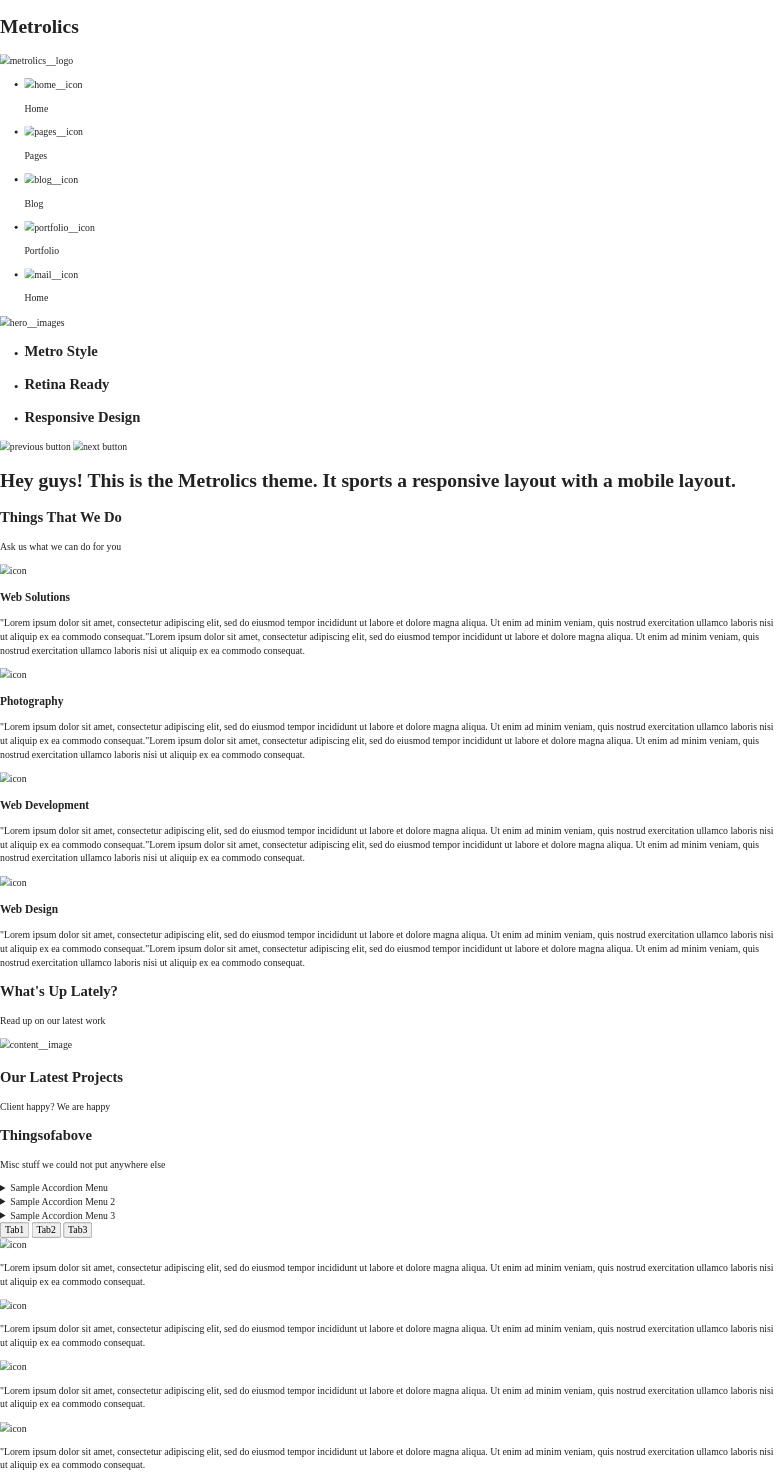
Repository: eilidhma/metrolics
Page: index.html
An editor plug-in stored every save of this project. The page is shown before and after the next save, followed by the edit.
The browser window is 1280 px wide. The pictures show the whole page, at 61% of full size.

Above is the page before, as saved 2021-01-27 00:07:05.

After the next save:
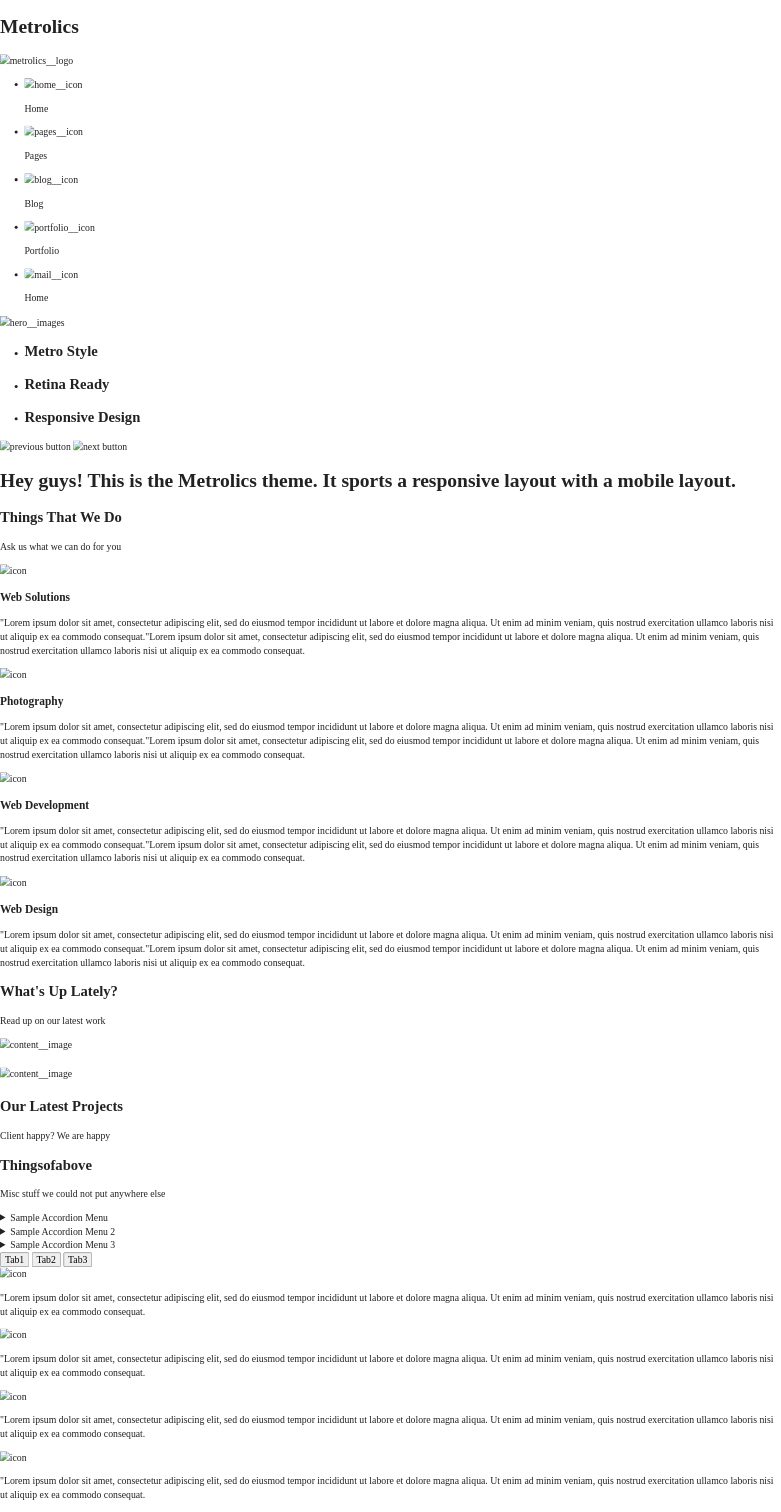
Saved 12 s later.
--- a/index.html
+++ b/index.html
@@ -119,7 +119,12 @@
           <h6 class="subtext"></h6>
         </div>
       </div>
-      <div class="three__column__item"></div>
+      <div class="three__column__item">
+        <img src="" alt="content__image">
+        <div class="corner__content">
+          <h3 class="three__column__headers"></h3>
+          <h6 class="subtext"></h6>
+      </div>
       <div class="three__column__item"></div>
     </section>
 
